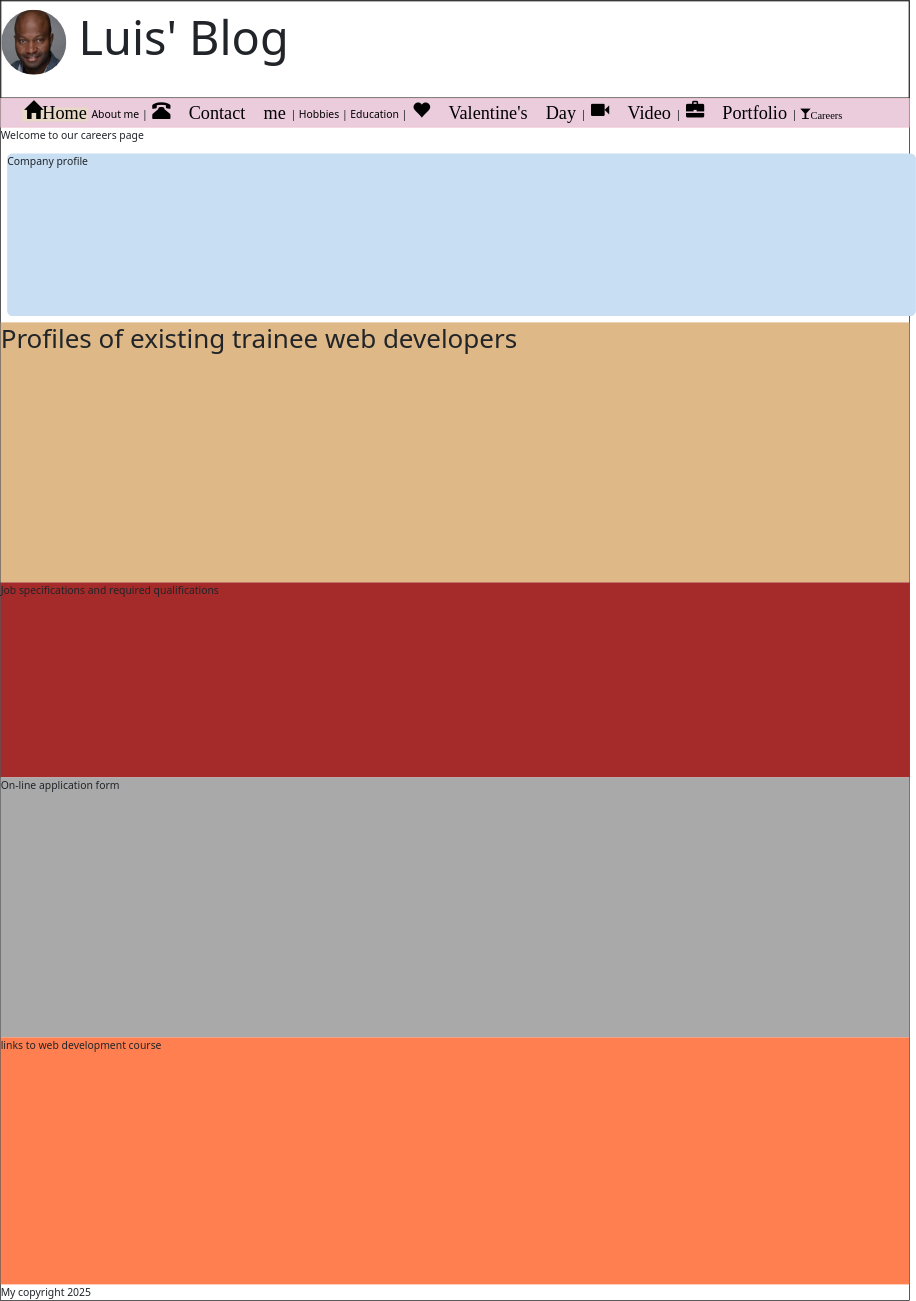
Repository: Apex-03/Apex-03.github.io
Page: careers.html
These files come from the project's save history. The page is drawn as it stood at one moment and after the next save; the edit follows.
The browser window is 1280 px wide. The page is 1409 px wide, then 1290 px, then 1409 px, so the pictures cover 1409 px, including what lies to the right of the window. The pictures show the whole page, at 65% of full size.

Above is the page before, as saved 2025-05-06 12:23:51.

### careers.html
<!doctype html>
<html lang="en-GB">

<head>
<meta charset="utf-8" />
<meta name="viewport" content="width=width-device, initial-scale=1 strink-to-fit=no" />
<meta description="Website development, Web design" />
<title>Luis's Blog </title>
<link rel="stylesheet" type="text/css" href="mycss/myblog.css" />
<script type="text/javascript" src="myjsfiles/mytasks.js"/> </script>

<link rel="stylesheet" type="text/css" href="my_bootstrap/css/bootstrap.min.css" />

<link rel="stylesheet" type="text/css" href="glyphicons-only-bootstrap/css/bootstrap.min.css" />

<script type="text/javascript" src="my_bootstrap/js/bootstrap.min.js" /> </script>

<script type="text/javascript" src="my_jquery/jquery-3.7.1.min.js" /> </script>




</head>
<body>
<div id="mypage">
<div id="banner"> <img src="images/luis_photo.jpg" alt="photo of Luis Ibhiabor" width="100" height="100"/> Luis' Blog</div>
<div id="topnav">
<ul>
<li class="hm"> <a href="#" class="glyphicon glyphicon-home gi-2x">Home</a></li>
<li> <a href="#"> About me </a> </li> |
<li> <a href="#" class="glyphicon glyphicon-phone-alt gi-2x"> Contact me </a> </li> |
<li> <a href="#"> Hobbies </a> </li> |
<li> <a href="#"> Education </a> </li> |
<li> <a href="#" class="glyphicon glyphicon-heart gi-2x"> Valentine's Day</a> </li> |
<li> <a href="#" class="glyphicon glyphicon glyphicon-facetime-video gi-2x"> Video </a> </li> |
<li> <a href="#" class="glyphicon glyphicon glyphicon-briefcase gi-2x"> Portfolio </a> </li> |
<li> <a href="careers.html" class="glyphicon glyphicon-glass g1-2x">Careers</a></li>


</ul>
</div>

<div id="contentarea">
<p> Welcome to our careers page</p>

<div class="company_profile"><p>Company profile</p></div>

<div class="current_trainees"><h1>Profiles of existing trainee web developers</h1></div>

<div class="job_spec"><p>Job specifications and required qualifications</p></div>
<div class="application_form"><p>On-line application form</p></div>

<div class="our_courses"><p>links to web development course</p></div>

 </div>

<div id="pagefooter"> My copyright 2025 </div>

</div>
</body>
</html>

### mycss/myblog.css

body {
background-color: #fff;
font-family: Arial, Helvetica, sans-serif;
}

#mypage {
border: 1px solid #000;
width: 1400px;
}

#banner {
height: 150px;
border: 1px solid #000;
}

#topnav {
height: 45px;
border: 1px solid #edbcca;
}

/*Improving it starts here*/
#topnav {
background-color: #eaccdc;

}

.gi-2x{font-size: 28px; padding: 3px;}
.gi-3x{font-size: 3em;}
.gi-4x{font-size: 4em;}
.gi-5x{font-size: 5em;}


#banner img {
border-radius: 50%;

/*height: 100px; width: 100px; background-color: #ff5733; margin: auto;*/
}

/*Improving it ends here*/


#topnav ul li{
text-decoration: none;
display: inline;
}

#topnav a:link {
text-decoration: none;
color: #000;
}

#topnav a:visited {
color: #caadce;
}

#topnav a:hover {
background-color: #000;
}

#contentarea {
height: auto;

}


#banner {
font-size: 450%;

}

.hm {
height: 25px;
background-color: #e8d8c8;
}




/*
#topnav ul li {
text-decoration: none;
display: inline;

}

https://developers.google.com/fonts/docs/getting_started

#mypage {


border: 1px solid #000;
}

*/

.company_profile {
    width: 100%;
    height: 250px;
    background-color: #c8def2;
    border-radius: 8px;
    margin: 10px;
}

.current_trainees {
    width: 100%;
    height: 400px;
    background-color:burlywood;
}

.job_spec {
    width: 100%;
    height: 300px;
    background-color:brown;
}

.application_form {
    width: 100%;
    height: 400px;
    background-color:darkgray;
}

.our_courses {
    width: 100%;
    height: 380px;
    background-color: coral;
}

### myjsfiles/mytasks.js
/*
document.write("Hello World!");
window.alert("Welcome to my blog!");
*/

Loaded but not shown: my_bootstrap/css/bootstrap.min.css (library); glyphicons-only-bootstrap/css/bootstrap.min.css (library); my_bootstrap/js/bootstrap.min.js (library); my_jquery/jquery-3.7.1.min.js (library)

After the next save:
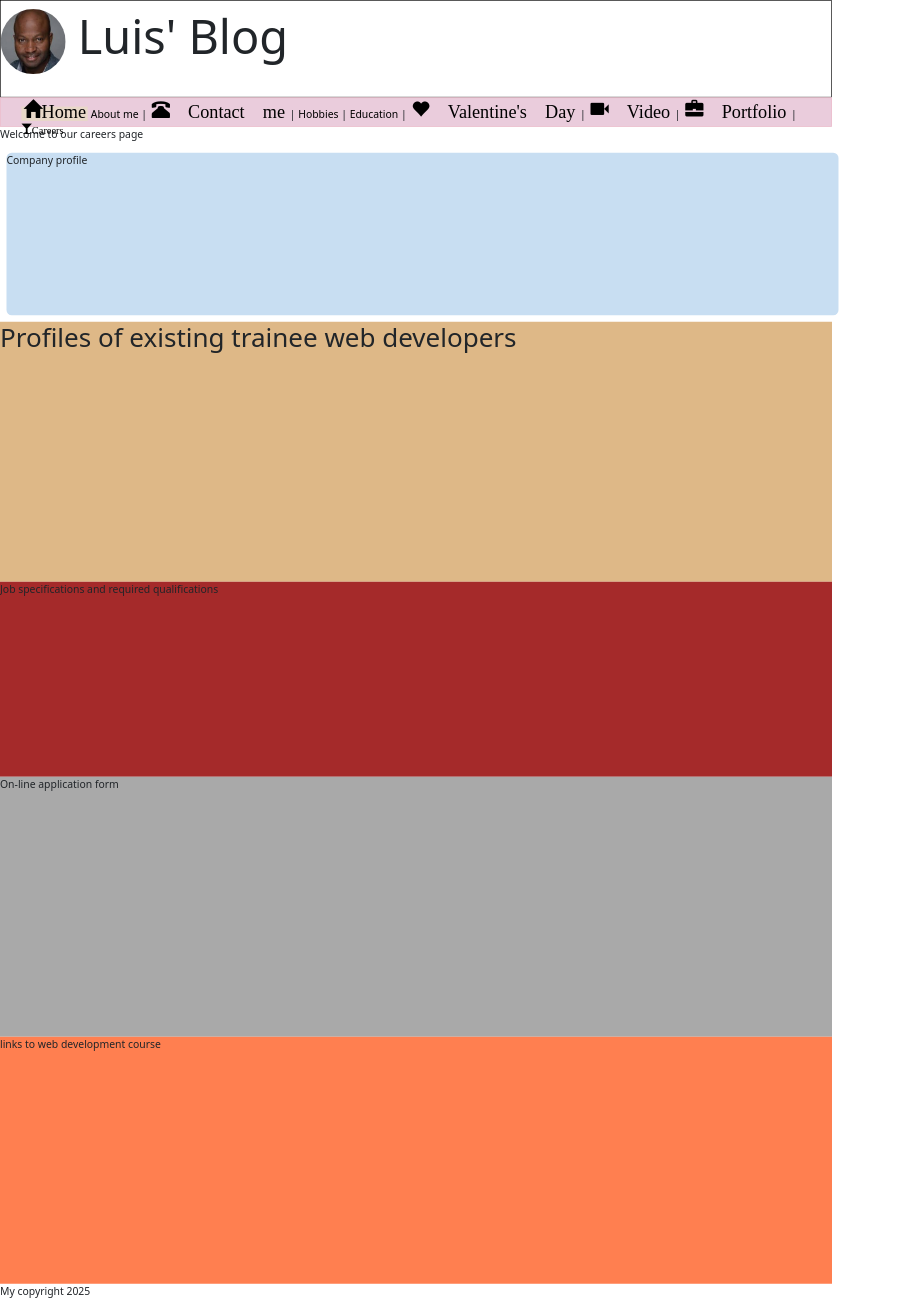
Saved 5 min 10 s later.
--- a/mycss/myblog.css
+++ b/mycss/myblog.css
@@ -5,8 +5,8 @@
 }
 
 #mypage {
-border: 1px solid #000;
-width: 1400px;
+/* border: 1px solid #000; */
+width: 100%;
 }
 
 #banner {

After the save that followed:
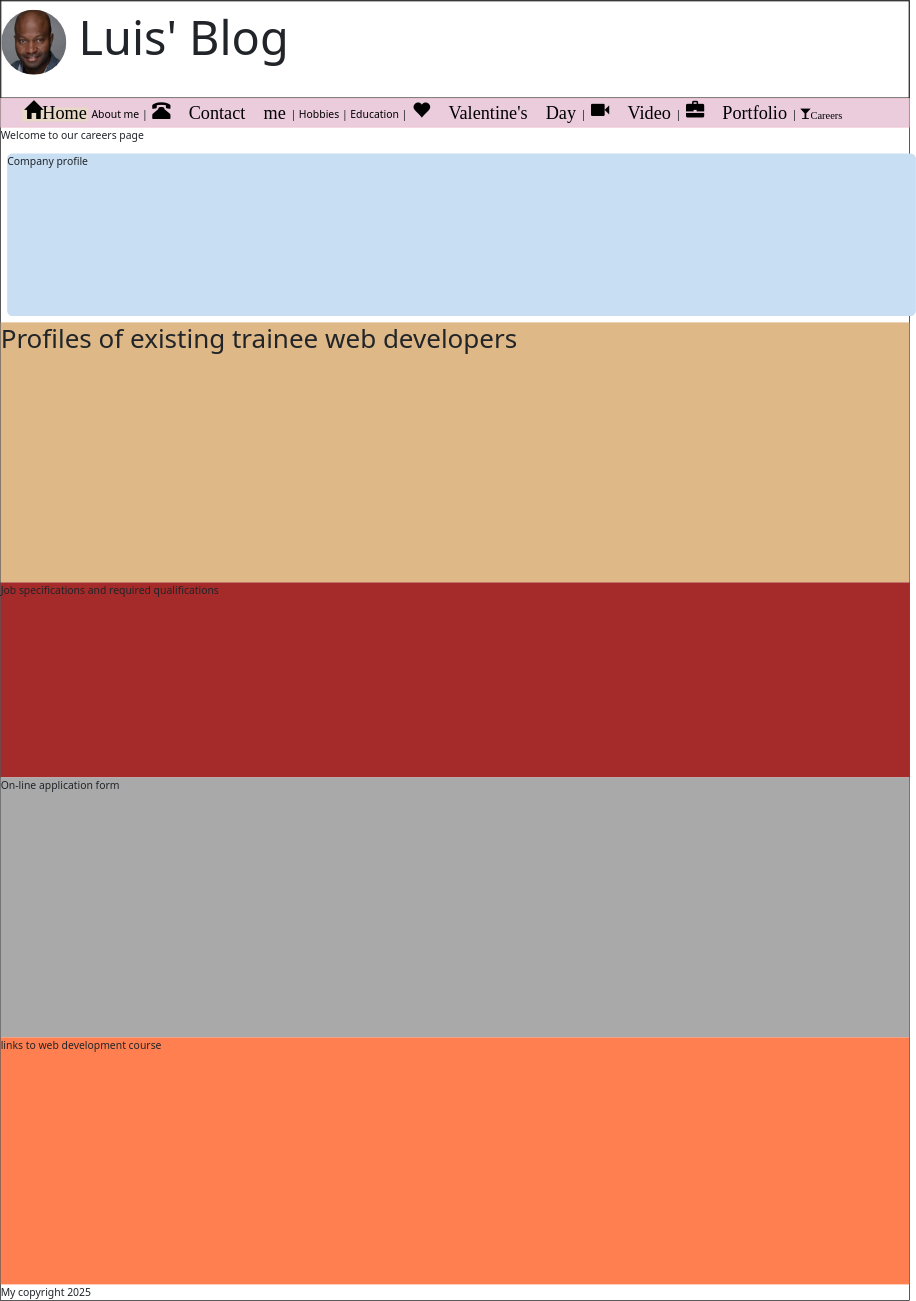
Saved 45 s later.
--- a/mycss/myblog.css
+++ b/mycss/myblog.css
@@ -5,8 +5,8 @@
 }
 
 #mypage {
-/* border: 1px solid #000; */
-width: 100%;
+border: 1px solid #000;
+width: 1400px;
 }
 
 #banner {
